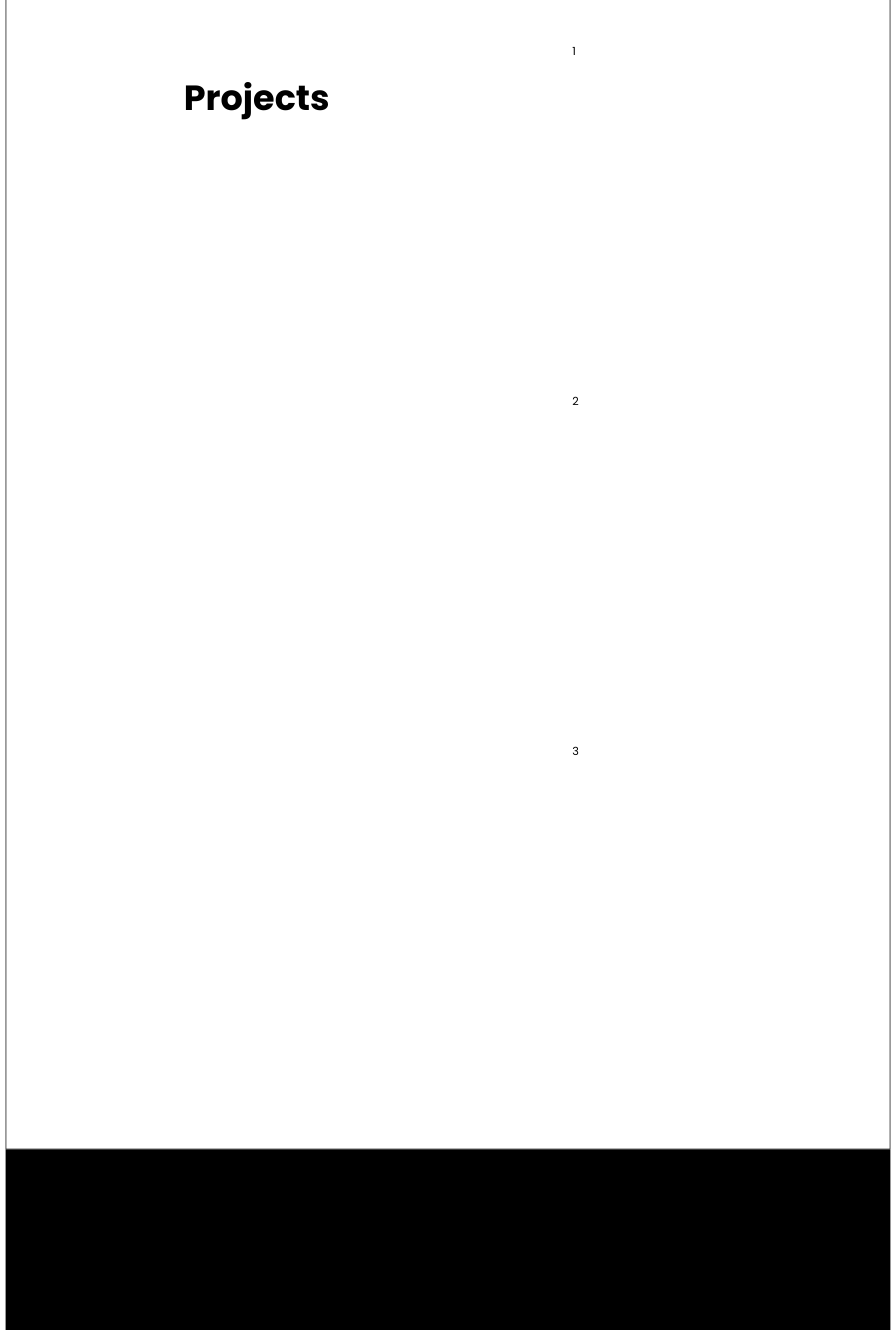
Repository: Jcparks84/Portfolio
Page: index.html
An editor plug-in stored every save of this project. The page is shown before and after the next save, followed by the edit.
The browser window is 1280 px wide. The pictures show the part of the page from y = 1160 to 3060 px (the page is 3310 px tall before and 3316 px after), at 70% of full size.
A picture or video elsewhere on the page could not be fetched, so the positions and the page height are approximate.

Above is the page before, as saved 2022-08-10 16:10:10.

### index.html
<!DOCTYPE html>
<html>
    <head>
        <link rel="stylesheet" href="src/styles.css"/>
        <link rel="preconnect" href="https://fonts.googleapis.com">
        <link rel="preconnect" href="https://fonts.gstatic.com" crossorigin>
        <link href="https://fonts.googleapis.com/css2?family=Poppins:wght@300;400;600;700;800&display=swap" rel="stylesheet">
        <title>Portfolio</title>
        <meta charset="UTF-8" />
    </head>
    <body>
        <section class="hero">
            <nav>
                <img class="logo" src="src/images/coding-png-11.png" alt="John's Logo"/>
                <ul>
                    <li>About Me</li>
                    <li>Projects</li>
                    <li>Contact Me</li>
                </ul>
            </nav>
            <div class="hero-area">
                <div class="hero-text">
                <h1>John Parks</h1>
                <p>Full Stack Developer</p>
                <div class="button">About me</div>
            </div>
            <div class="socials">
                <!-- lnkedin -->
                <a href="https://www.linkedin.com/in/jcparks84/" class="social">
                    <svg xmlns="http://www.w3.org/2000/svg" fill="#ffffff" width="50" height="50" viewBox="0 0 24 24"><path d="M19 0h-14c-2.761 0-5 2.239-5 5v14c0 2.761 2.239 5 5 5h14c2.762 0 5-2.239 5-5v-14c0-2.761-2.238-5-5-5zm-11 19h-3v-11h3v11zm-1.5-12.268c-.966 0-1.75-.79-1.75-1.764s.784-1.764 1.75-1.764 1.75.79 1.75 1.764-.783 1.764-1.75 1.764zm13.5 12.268h-3v-5.604c0-3.368-4-3.113-4 0v5.604h-3v-11h3v1.765c1.396-2.586 7-2.777 7 2.476v6.759z"/></svg>
                </a>
                <!-- Github -->
                <a href="https://github.com/Jcparks84" class="social">
                    <svg xmlns="http://www.w3.org/2000/svg" fill="#ffffff" width="50" height="50" viewBox="0 0 24 24"><path d="M12 0c-6.626 0-12 5.373-12 12 0 5.302 3.438 9.8 8.207 11.387.599.111.793-.261.793-.577v-2.234c-3.338.726-4.033-1.416-4.033-1.416-.546-1.387-1.333-1.756-1.333-1.756-1.089-.745.083-.729.083-.729 1.205.084 1.839 1.237 1.839 1.237 1.07 1.834 2.807 1.304 3.492.997.107-.775.418-1.305.762-1.604-2.665-.305-5.467-1.334-5.467-5.931 0-1.311.469-2.381 1.236-3.221-.124-.303-.535-1.524.117-3.176 0 0 1.008-.322 3.301 1.23.957-.266 1.983-.399 3.003-.404 1.02.005 2.047.138 3.006.404 2.291-1.552 3.297-1.23 3.297-1.23.653 1.653.242 2.874.118 3.176.77.84 1.235 1.911 1.235 3.221 0 4.609-2.807 5.624-5.479 5.921.43.372.823 1.102.823 2.222v3.293c0 .319.192.694.801.576 4.765-1.589 8.199-6.086 8.199-11.386 0-6.627-5.373-12-12-12z"/></svg>
                </a>
            </div>
        </div>
        </section>
        <section class="sub-section">
            <div class="info">
                <h2>About Me</h2>
                <p>Hello my name is John parks, I am a software developer looking for work!</p>
            </div>
            <div class="headshot-container">
                <img class="headshot" src="/Users/johnparks/Desktop/Screenshot at Jun 02 09-36-04.png" alt="John Parks headshot">
            </div>

        </section>
        <section class="sub-section">
            <h2>Projects</h2>
            <div>
                <div class="project-card">1</div>
                <div class="project-card">2</div>
                <div class="project-card">3</div>
            </div>
        </section>
        <footer></footer>

        <script src="src/app.js"></script>
    </body>
</html>

### src/styles.css
body {
    font-family: 'Poppins', sans-serif;

}

section {
    background-color: white;
    border: solid black 1px;
}

.hero {
    background-color: #1c1d25;
    height: 100vh;
    color: white;
    font-size: 40px;
}

footer {
    height: 500px;
    background-color: black;
}

nav {
    display: flex;
    justify-content: space-between;
}

ul {
    display: flex;
    list-style-type: none;
    width: 500px;
    justify-content: space-around;
    font-size: 30px;
}

li {
    text-decoration: none;
}

h1 {
    font-size: 90px;
    margin: 0;
}

h2 {
    font-size: 50px;
}

p {
    margin: 0;
    font-size: 30px;
    font-weight: 300;
}

.hero-area {
    display: flex;
    height: 100%;
    justify-content: space-between;
    align-items: center;
}

.hero-text {
    margin-left: 80px;
    margin-bottom: 200px;
}

.button {
    width: 200px;
    height: 55px;
    border-radius: 30px;
    background-color: coral;
    text-align: center;
    font-size: 30px;
    font-weight: 300;
    padding-top: 5px;
    margin-top: 20px;
}

.button:hover {
    background-color: #ef744b;
}

.button:active {
    background-color: #A9A9A9;
    color: #808080;
}

.socials {
    padding-bottom: 200px;
}

.logo {
    height: 100px;
    margin: 30px;
}

.social {
    margin: 20px
}

.sub-section {
    display: flex;
    justify-content: space-around;
    padding: 80px;
}

.headshot {
    width: 300px;
    border-radius: 150px;
}

.headshot-container {
    display: flex;
    align-items: center;
}

.project-card {
    width: 200px;
    height: 500px;
    border: 1px solid b;

}

Loaded but not shown: src/app.js (no stored copy; drawn as an empty file)

After the next save:
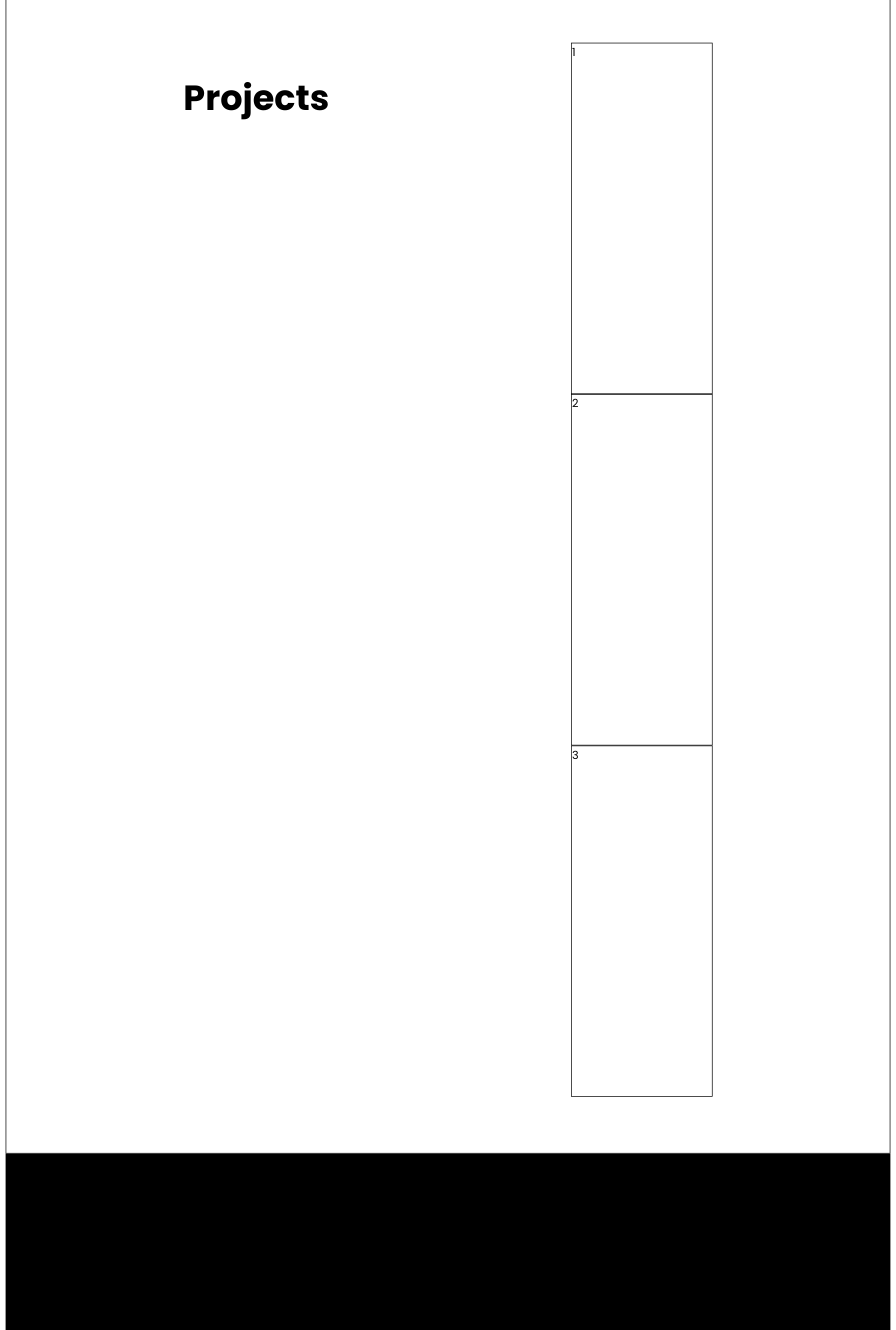
Saved 4 s later.
--- a/src/styles.css
+++ b/src/styles.css
@@ -117,6 +117,6 @@ p {
 .project-card {
     width: 200px;
     height: 500px;
-    border: 1px solid b;
+    border: 1px solid black;
 
 }
